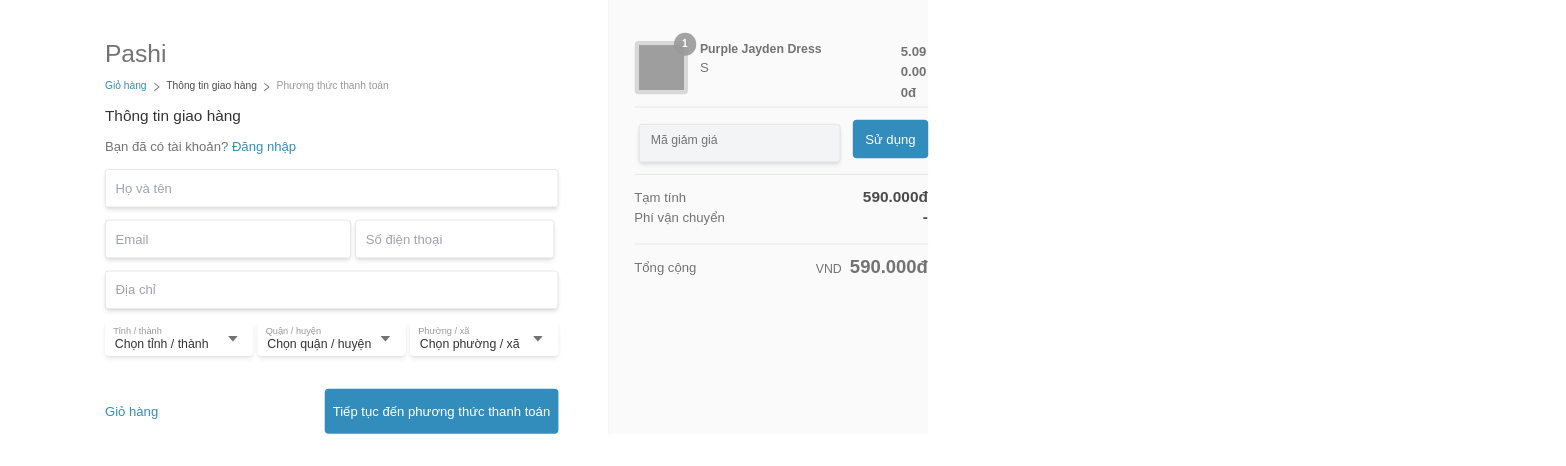
Repository: levinhky/pashi
Page: /checkout/information
These files come from the project's save history. The page is drawn as it stood at one moment and after the next save; the edit follows.
The browser window is 1280 px wide. The page is 1910 px wide, then 1828 px, so the pictures cover 1910 px, including what lies to the right of the window. The pictures show the whole page, at 82% of full size.
Pictures or frames that could not be fetched are drawn as grey boxes. The project was rebuilt for these pictures with package versions that can differ from the ones it lists, and the page was loaded fresh each time. Also part of the build but not shown: src/components/Home/Home.module.css, src/configs/api.js, src/components/Loading/Loading.module.css, src/components/Loading/Loading.jsx, src/components/Partner/Partner.module.css, src/components/Partner/Partner.jsx, src/components/Home/Home.jsx, src/components/ProductList/ProductList.module.css and 18 more.

Above is the page before, as saved 2022-10-07 16:13:28.

After the next save:
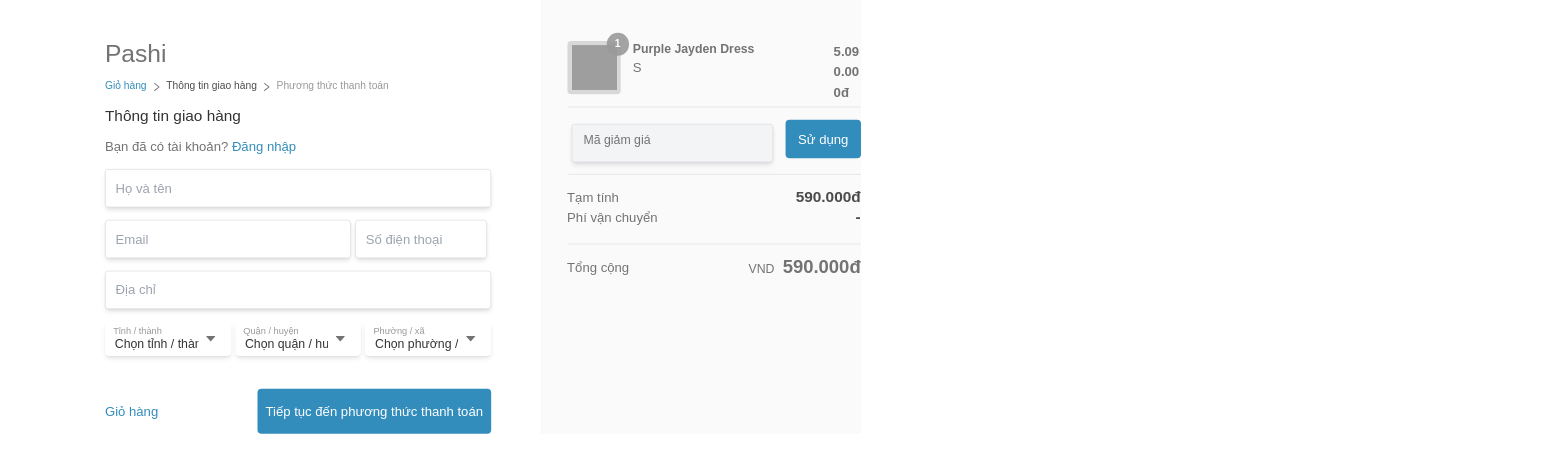
Saved 48 s later.
--- a/src/pages/CheckoutPage/CheckoutPage.jsx
+++ b/src/pages/CheckoutPage/CheckoutPage.jsx
@@ -10,7 +10,7 @@ const CheckoutPage = ({ children }) => {
 
   return (
     <div className="flex flex-row flex-[1_0_auto] py-0 px-[5%] mx-auto w-[90%] max-w-screen-xl">
-      <div className="flex flex-column w-[60%] pr-[6%] pt-20">{children}</div>
+      <div className="flex flex-column w-[52%] pr-[6%] pt-20">{children}</div>
 
       <div className="sidebar w-[38%] relative bg-[#fafafa]">
         <div className="bg-left-top block w-[300%] top-0 absolute bottom-0 -z-10 shadow-[1px_0_0_#e1e1e1_inset]"></div>
